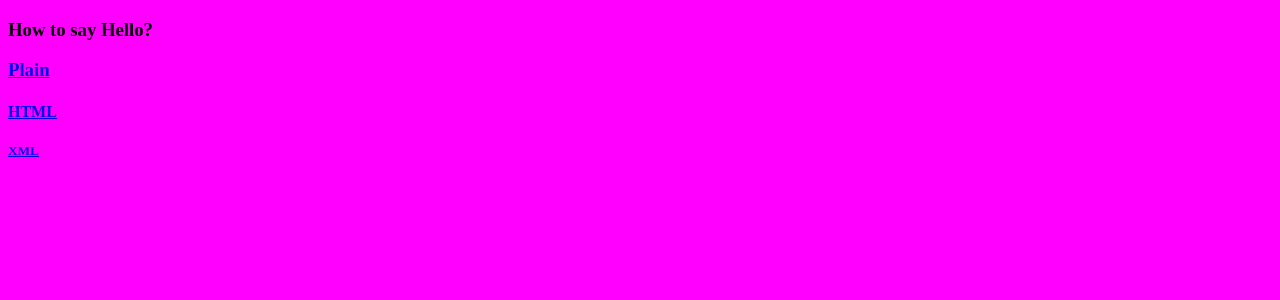
Repository: neera17/RESTfulWebService
Page: TribagoHotels/WebContent/index.html
An editor plug-in stored every save of this project. The page is shown before and after the next save, followed by the edit.
The browser window is 1280 px wide. The pictures show the whole page.

Above is the page before, as saved 2019-07-24 12:13:11.

### TribagoHotels/WebContent/index.html
<!DOCTYPE html>
<html>
<head>
<meta charset="ISO-8859-1">
<title>Tribago Home</title>

<style type="text/css">

body {
   background-color: fuchsia;
}

</style>

</head>
<body>

   <h3>How to say Hello?</h2>
   <h3><a href = "http://localhost:8080/HelloWebService/zenrest/zenhello">Plain</a></h3>
   <h4><a href = "http://localhost:8080/HelloWebService/zenrest/zenhello/welcome">HTML</a></h4>
   <h5><a href = "http://localhost:8080/HelloWebService/zenrest/zenhello/test">XML</a></h5>

</body>
</html>

After the next save:
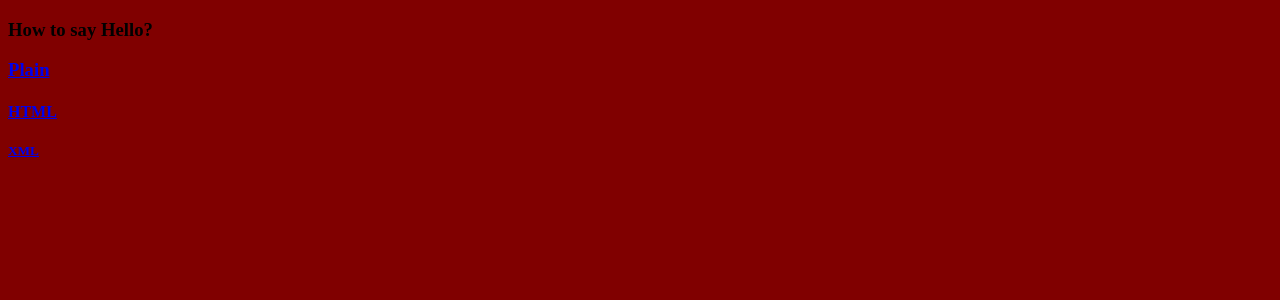
Saved 17 s later.
--- a/TribagoHotels/WebContent/index.html
+++ b/TribagoHotels/WebContent/index.html
@@ -7,7 +7,7 @@
 <style type="text/css">
 
 body {
-   background-color: fuchsia;
+   background-color:maroon;
 }
 
 </style>
